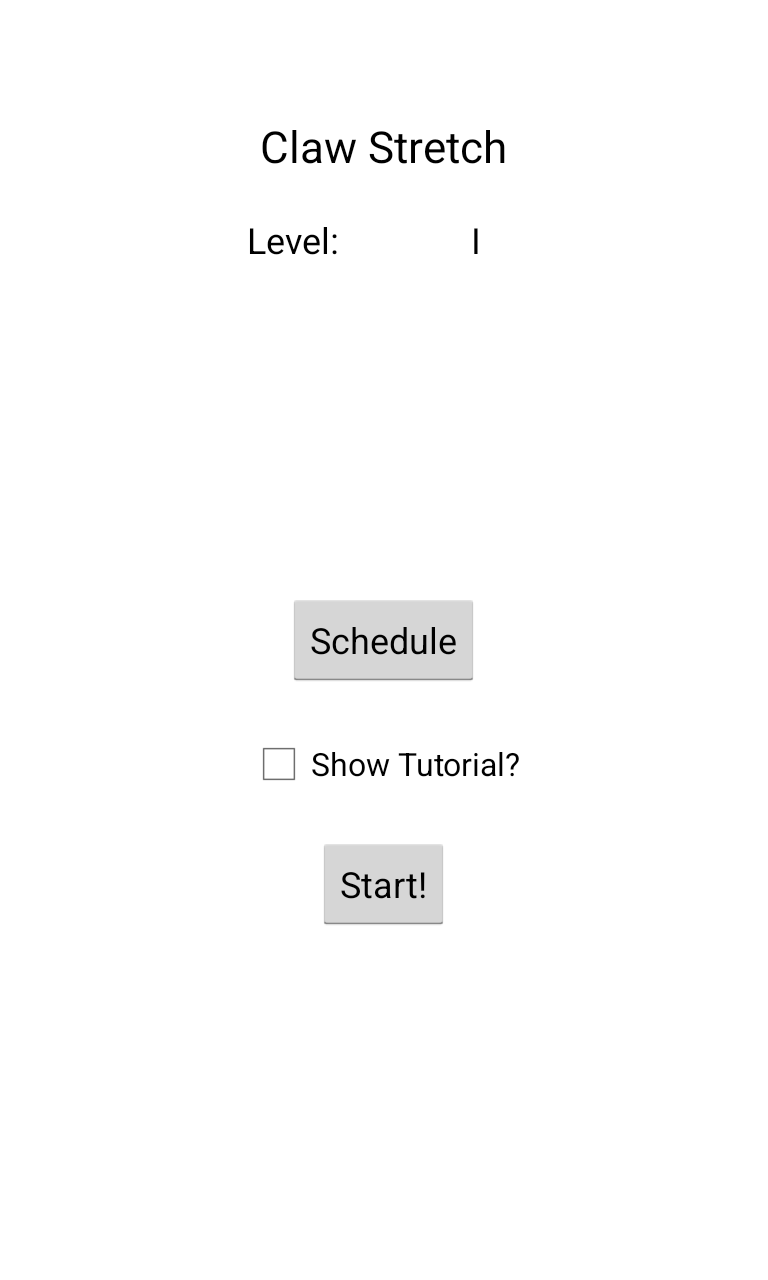
Repository: zi-yang-zhang/ECSE424-Group8
Layout: Hi Fi Prototype/ReHand/ReHand/res/layout/activity_finger_lift_page.xml
The author's editor kept a copy of each file at every save. The layout is drawn from the files as they stood at one save, then again after the next save.
It is drawn on a 768 x 1280 px phone screen (xhdpi) without system bars, with theme AppTheme; the app's code is not run.

Above is the layout before, as saved 2014-02-18 05:10:19.

### Hi Fi Prototype/ReHand/ReHand/res/layout/activity_finger_lift_page.xml
<RelativeLayout xmlns:android="http://schemas.android.com/apk/res/android"
    xmlns:tools="http://schemas.android.com/tools"
    android:layout_width="match_parent"
    android:layout_height="match_parent"
    android:paddingBottom="@dimen/activity_vertical_margin"
    android:paddingLeft="@dimen/activity_horizontal_margin"
    android:paddingRight="@dimen/activity_horizontal_margin"
    android:paddingTop="@dimen/activity_vertical_margin"
    tools:context=".ClawStretchPage" >

    <TextView
        android:id="@+id/textView1"
        android:layout_width="wrap_content"
        android:layout_height="wrap_content"
        android:layout_alignParentTop="true"
        android:layout_centerHorizontal="true"
        android:layout_marginTop="42dp"
        android:text="@string/exercise_botton_text_claw_stretch"
        android:textAppearance="?android:attr/textAppearanceLarge" />

    <TextView
        android:id="@+id/textView3"
        android:layout_width="wrap_content"
        android:layout_height="wrap_content"
        android:layout_alignBottom="@+id/textView2"
        android:layout_alignRight="@+id/button1"
        android:text="@string/claw_stretch_level"
        android:textAppearance="?android:attr/textAppearanceMedium" />

    <Button
        android:id="@+id/button1"
        android:layout_width="wrap_content"
        android:layout_height="wrap_content"
        android:layout_centerHorizontal="true"
        android:layout_centerVertical="true"
        android:text="@string/exercise_botton_schedule" />

    <CheckBox
        android:id="@+id/claw_stretch_tutorial"
        android:layout_width="wrap_content"
        android:layout_height="wrap_content"
        android:layout_below="@+id/button1"
        android:layout_centerHorizontal="true"
        android:layout_marginTop="22dp"
        android:text="@string/exercise_tutorial_check_box" />

    <TextView
        android:id="@+id/textView2"
        android:layout_width="wrap_content"
        android:layout_height="wrap_content"
        android:layout_alignLeft="@+id/claw_stretch_tutorial"
        android:layout_below="@+id/textView1"
        android:layout_marginTop="20dp"
        android:text="@string/exercise_level_text"
        android:textAppearance="?android:attr/textAppearanceMedium" />

    <Button
        android:id="@+id/button2"
        android:layout_width="wrap_content"
        android:layout_height="wrap_content"
        android:layout_below="@+id/claw_stretch_tutorial"
        android:layout_centerHorizontal="true"
        android:layout_marginTop="20dp"
        android:text="@string/exercise_start_botton_text"
        android:onClick="goToExercisePage"/>

</RelativeLayout>

### Hi Fi Prototype/ReHand/ReHand/res/values/strings.xml
<?xml version="1.0" encoding="utf-8"?>
<resources>

    <string name="app_name">ReHand</string>
    <string name="action_settings">Settings</string>
    <string name="hello_world">Hello world!</string>
    <string name="greeting_words">Welcome To ReHand</string>
    <string name="touch_screen_instructions">Tap on either botton to continue</string>
    <string name="sign_up">Sign Up now!</string>
    <string name="log_in">Log In!</string>
    <string name="title_activity_home_page">HomePage</string>
    <string name="greeting_home_page">Welcome Back!</string>
    <string name="exercises">Exercises</string>
    <string name="schedule">Schedule</string>
    <string name="title_activity_exercise_list_page">ExerciseListPage</string>
    <string name="title_activity_schedule_page">SchedulePage</string>
    <string name="exercise_botton_text_claw_stretch">Claw Stretch</string>
    <string name="title_activity_claw_stretch_page">ClawStretchPage</string>
    <string name="exercise_level_text">"Level: "</string>
    <string name="claw_stretch_level">I</string>
    <string name="exercise_botton_schedule">Schedule</string>
    <string name="exercise_tutorial_check_box">Show Tutorial?</string>
    <string name="exercise_start_botton_text">Start!</string>
    <string name="title_activity_claw_stretch_exercise">ClawStretchExercise</string>
    <string name="test_end_game">End Game</string>
    <string name="title_activity_claw_stretch_tutorial_page">ClawStretchTutorialPage</string>
    <string name="title_activity_claw_stretch_result">ClawStretchResult</string>
    <string name="exercise_text_arm_rotation">Arm Rotation</string>
    <string name="excercise_text_elbow_extension">Elbow Extension</string>
    <string name="arm_rotation_level">I</string>
    <string name="elbow_extension_level">I</string>
    <string name="exercise_text_finger_grip">Finger Grip</string>
    <string name="finger_grip_level">I</string>
    <string name="exercise_text_open_and_close">Open And Close</string>
    <string name="open_and_close_level">I</string>
    <string name="exercise_text_finger_lift">Finger Lift</string>
    <string name="finger_lift_level">I</string>

</resources>

Loaded but not shown: Hi Fi Prototype/ReHand/ReHand/res/values/styles.xml (common file); Hi Fi Prototype/ReHand/ReHand/res/values-v11/styles.xml (common file); Hi Fi Prototype/ReHand/ReHand/res/values-v14/styles.xml (common file); Hi Fi Prototype/ReHand/ReHand/res/values/dimens.xml (common file)

After the next save:
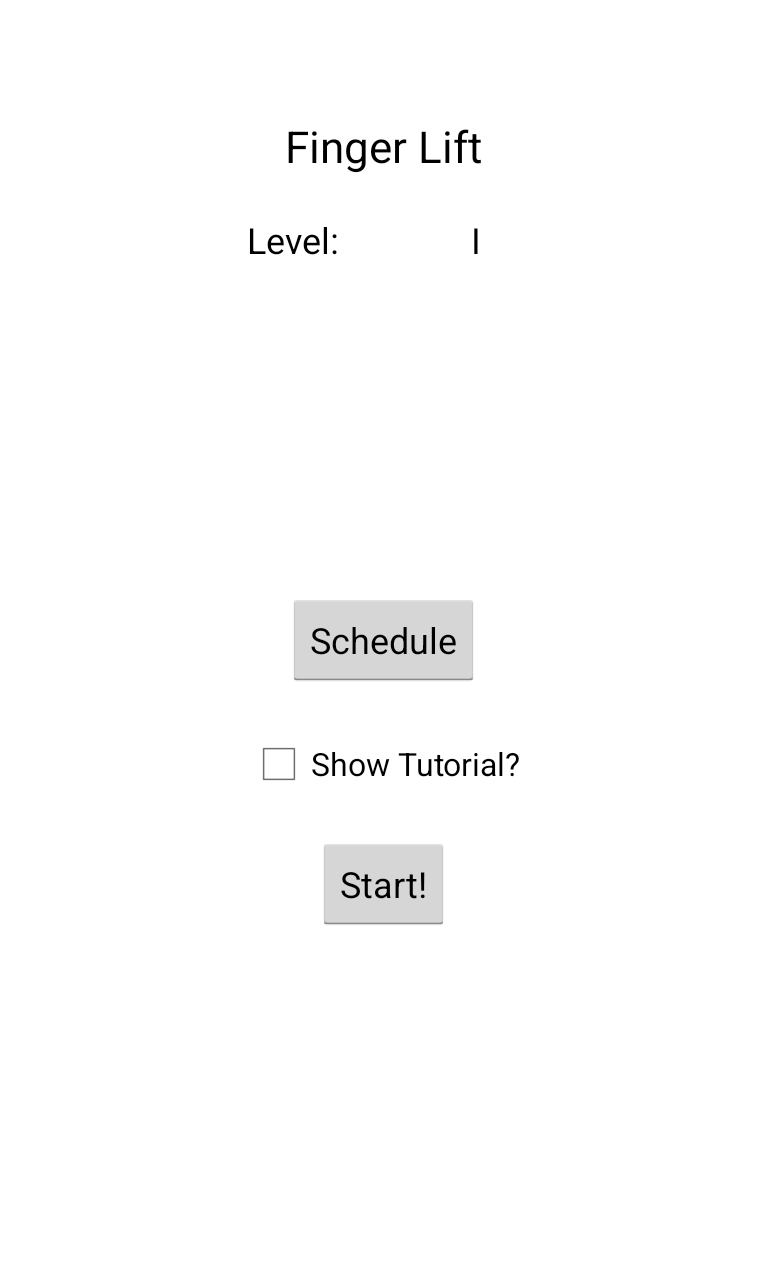
Saved 17 s later.
--- a/Hi Fi Prototype/ReHand/ReHand/res/layout/activity_finger_lift_page.xml
+++ b/Hi Fi Prototype/ReHand/ReHand/res/layout/activity_finger_lift_page.xml
@@ -15,7 +15,7 @@
         android:layout_alignParentTop="true"
         android:layout_centerHorizontal="true"
         android:layout_marginTop="42dp"
-        android:text="@string/exercise_botton_text_claw_stretch"
+        android:text="@string/exercise_text_finger_lift"
         android:textAppearance="?android:attr/textAppearanceLarge" />
 
     <TextView
@@ -24,7 +24,7 @@
         android:layout_height="wrap_content"
         android:layout_alignBottom="@+id/textView2"
         android:layout_alignRight="@+id/button1"
-        android:text="@string/claw_stretch_level"
+        android:text="@string/finger_lift_level"
         android:textAppearance="?android:attr/textAppearanceMedium" />
 
     <Button
